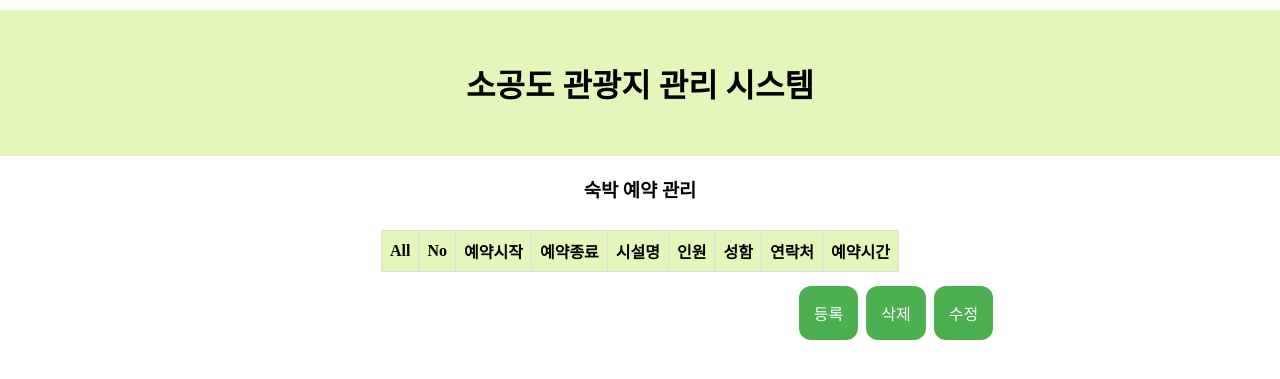
Repository: psyoongsc/SogongDo_Facility
Page: http://localhost/SogongDo_Management_System/Reservation_Mgmt/InquiryReserveView.jsp
These files come from the project's save history. The page is drawn as it stood at one moment and after the next save; the edit follows.
The browser window is 1280 px wide. The pictures show the whole page.
The page is served by Tomcat 9. Nobody is signed in. The application's start-up code is not run.

Above is the page before, as saved 2020-06-26 00:04:33.

After the next save:
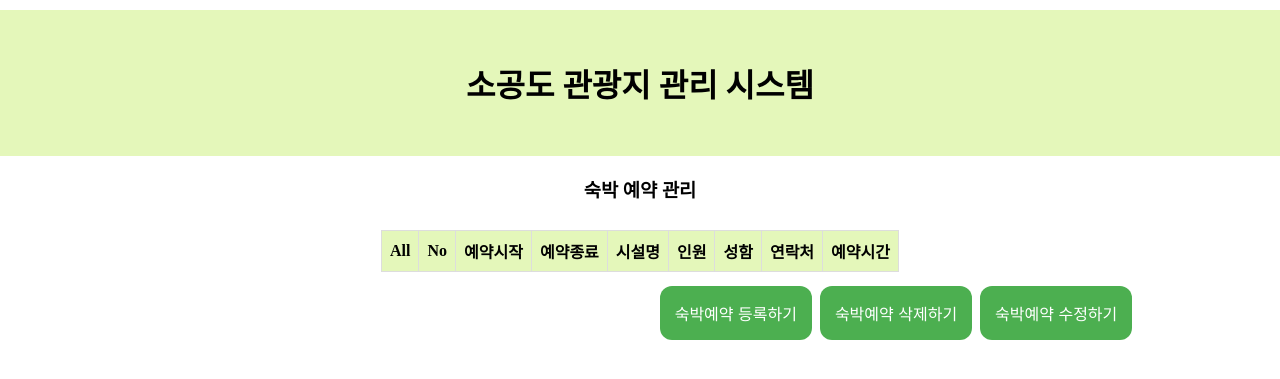
Saved 57 s later.
--- a/SogongDo_Management_System/WebContent/Reservation_Mgmt/InquiryReserveView.jsp
+++ b/SogongDo_Management_System/WebContent/Reservation_Mgmt/InquiryReserveView.jsp
@@ -101,9 +101,9 @@
 
         </div>
         <div>
-            <button class="bt register">등록</button>
-           	<button class="bt delete">삭제</button>
-			<button class="bt update">수정</button>
+            <button class="bt register">숙박예약 등록하기</button>
+           	<button class="bt delete">숙박예약 삭제하기</button>
+			<button class="bt update">숙박예약 수정하기</button>
         </div>
 
 
